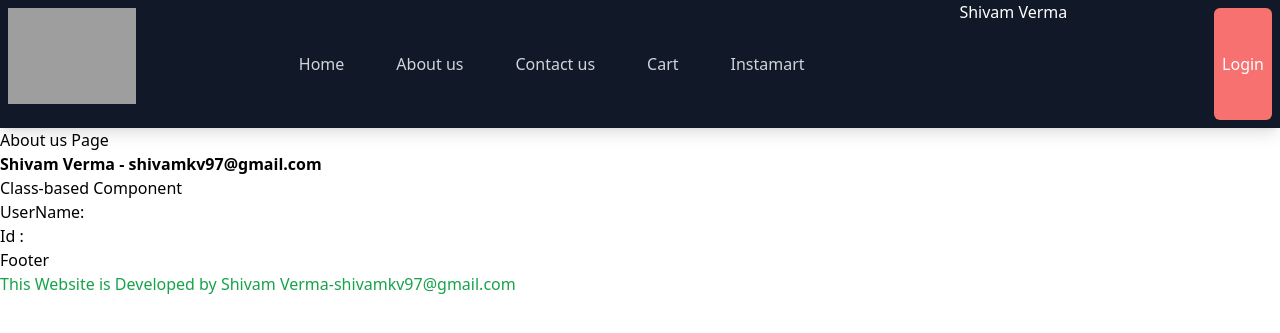
Repository: shivamv97/FOOD-VILLA-APP
Page: /About
These files come from the project's save history. The page is drawn as it stood at one moment and after the next save; the edit follows.
The browser window is 1280 px wide. The pictures show the whole page.
Pictures or frames that could not be fetched are drawn as grey boxes. The page's requests for data from a server got no answer. The project was rebuilt for these pictures with package versions that can differ from the ones it lists, and the page was loaded fresh each time. No one was signed in, and anything a server would have sent is missing. Also part of the build but not shown: src/config.js, src/components/RestaurantCards.js, src/components/Shimmer.js, src/utils/shares.js, src/components/Body.js, src/components/Profile.js, src/components/ContactUs.js, src/utils/useRestaurant.js and 1 more.

Above is the page before, as saved 2024-09-29 13:19:47.

After the next save:
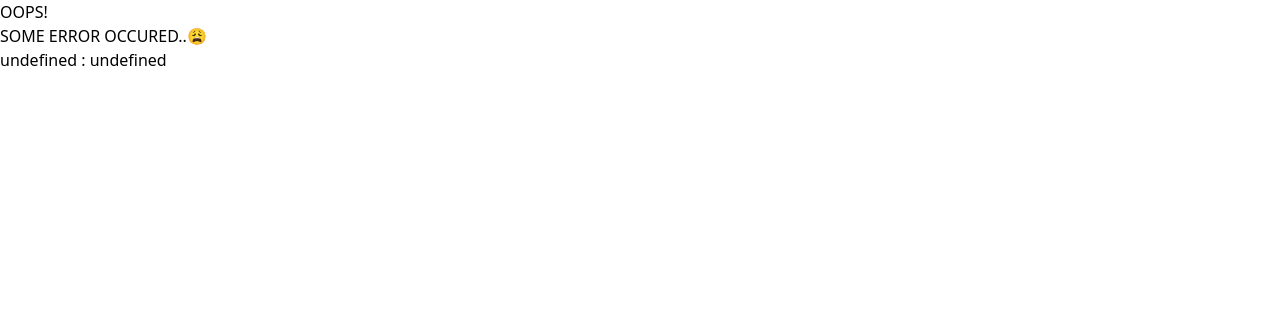
Console error (its wording comes from the project's code and is left out).
Saved 66 s later.
--- a/src/App.js
+++ b/src/App.js
@@ -19,11 +19,11 @@
 
 const AppLayout = () => {
   return (
-    <>
+    <UserContext.Provider>
       <HeaderComponent />
       <Outlet />
       <Footer />
-    </>
+    </UserContext.Provider>
   );
 };
 

After the 4 saves that followed:
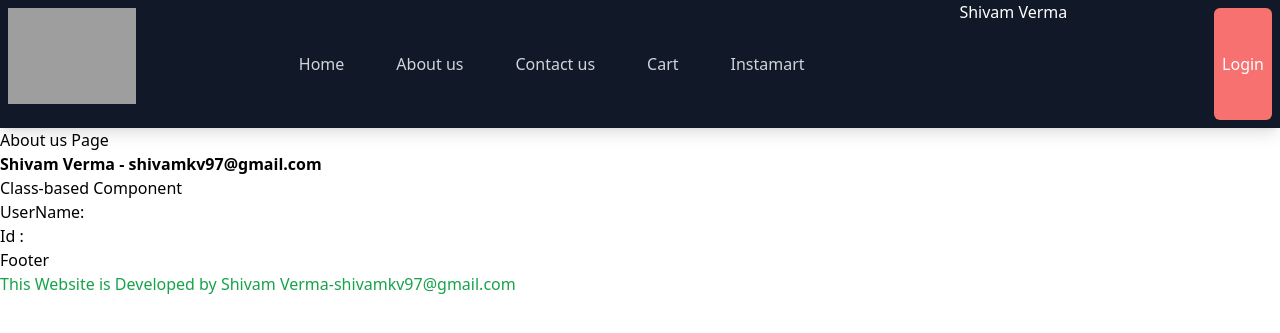
The error is gone.
The 4 saves are shown as one change because 3 left the picture as it was.
The last was saved 5 min 0 s later.
--- a/src/App.js
+++ b/src/App.js
@@ -1,4 +1,4 @@
-import React, { lazy, Suspense } from "react";
+import React, { lazy, Suspense, useState } from "react";
 import ReactDOM from "react-dom/client";
 import HeaderComponent from "./components/Title";
 import Body from "./components/Body";
@@ -18,8 +18,16 @@
 //Return Promise
 
 const AppLayout = () => {
+  const [user, SetUser] = useState({
+    name: "Shivam Verma",
+    email: "shivamkv97@gmail.com",
+  });
   return (
-    <UserContext.Provider>
+    <UserContext.Provider
+      value={{
+        user: user,
+      }}
+    >
       <HeaderComponent />
       <Outlet />
       <Footer />
--- a/src/utils/UserContext.js
+++ b/src/utils/UserContext.js
@@ -2,8 +2,8 @@ import { createContext } from "react";
 
 const UserContext = createContext({
   user: {
-    name: "Shivam Verma",
-    email: "shivamkv97@gmail.com",
+    name: "Dummy Name",
+    email: "Dummy@gmail.com",
   },
 });
 
